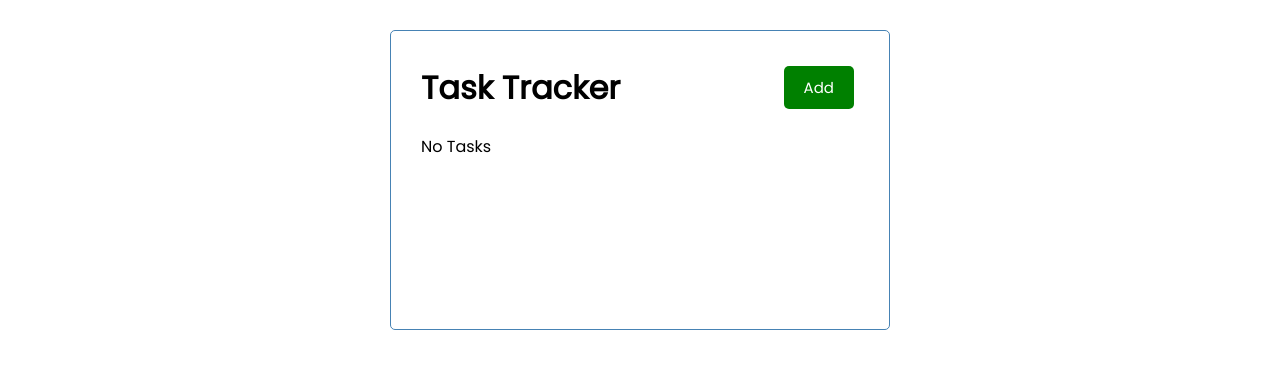
Repository: Samkiroko/task-tracker-app
Page: /
These files come from the project's save history. The page is drawn as it stood at one moment and after the next save; the edit follows.
The browser window is 1280 px wide. The pictures show the whole page.
The project was rebuilt for these pictures with package versions that can differ from the ones it lists, and the page was loaded fresh each time. Requests to the local data server were answered from the project's data file. Also part of the build but not shown: src/components/AddTask.js.

Above is the page before, as saved 2021-08-04 22:56:39.

### public/index.html
<!DOCTYPE html>
<html lang="en">

<head>
    <meta charset="utf-8" />
    <link rel="icon" href="%PUBLIC_URL%/favicon.ico" />
    <meta name="viewport" content="width=device-width, initial-scale=1" />
    <meta name="theme-color" content="#000000" />
    <meta name="description" content="Web site created using create-react-app" />
    <link rel="apple-touch-icon" href="%PUBLIC_URL%/logo192.png" />

    <link rel="manifest" href="%PUBLIC_URL%/manifest.json" />

    <title>Task tracker App</title>
</head>

<body>
    <div id="root"></div>
</body>

</html>

### src/index.css
@import url('https://fonts.googleapis.com/css2?family=Poppins:wght@300;400&display=swap');
* {
    box-sizing: border-box;
    margin: 0;
    padding: 0;
}

body {
    font-family: 'Poppins', sans-serif;
}

.container {
    max-width: 500px;
    margin: 30px auto;
    overflow: auto;
    min-height: 300px;
    border: 1px solid steelblue;
    padding: 30px;
    border-radius: 5px;
}

.header {
    display: flex;
    justify-content: space-between;
    align-items: center;
    margin-bottom: 20px;
}

.btn {
    display: inline-block;
    background: #000;
    color: #fff;
    border: none;
    padding: 10px 20px;
    margin: 5px;
    border-radius: 5px;
    cursor: pointer;
    text-decoration: none;
    font-size: 15px;
    font-family: inherit;
}

.btn:focus {
    outline: none;
}

.btn:active {
    transform: scale(0.98);
}

.btn-block {
    display: block;
    width: 100%;
}

.task {
    background: #f4f4f4;
    margin: 5px;
    padding: 10px 20px;
    cursor: pointer;
}

.task.reminder {
    border-left: 5px solid green;
}

.task h3 {
    display: flex;
    align-items: center;
    justify-content: space-between;
}

.add-form {
    margin-bottom: 40px;
}

.form-control {
    margin: 20px 0;
}

.form-control label {
    display: block;
}

.form-control input {
    width: 100%;
    height: 40px;
    margin: 5px;
    padding: 3px 7px;
    font-size: 17px;
}

.form-control-check {
    display: flex;
    align-items: center;
    justify-content: space-between;
}

.form-control-check label {
    flex: 1;
}

.form-control-check input {
    flex: 2;
    height: 20px;
}

footer {
    margin-top: 30px;
    text-align: center;
}

### src/App.js
import { useState, useEffect } from 'react';
import AddTask from './components/AddTask';
import Header from './components/Header';
import Task from './components/Tasks';

function App() {
  const [showAddTask, setShowAddTask] = useState(false);
  const [tasks, setTasks] = useState([]);

  // Add Task
  const addTask = (task) => {
    const id = Math.floor(Math.random() * 10000) + 1;
    const newTask = {
      id,
      ...task,
    };
    setTasks([...tasks, newTask]);
  };

  // Delete Task
  const deleteTask = (id) => {
    setTasks(tasks.filter((task) => task.id !== id));
  };

  //  Toggle reminder
  const toggleReminder = (id) => {
    setTasks(
      tasks.map((task) =>
        task.id === id ? { ...task, reminder: !task.reminder } : task,
      ),
    );
  };

  return (
    <div className="container">
      <Header
        title="Task Tracker"
        onAdd={() => setShowAddTask(!showAddTask)}
        showAdd={showAddTask}
      />
      {showAddTask && <AddTask onAdd={addTask} />}
      {tasks.length > 0 ? (
        <Task tasks={tasks} onDelete={deleteTask} onToggle={toggleReminder} />
      ) : (
        <div>No Tasks</div>
      )}
    </div>
  );
}

export default App;

### src/components/Header.js
import React from 'react';
import Button from './Button';

const Header = ({ title, onAdd, showAdd }) => {
  return (
    <header className="header">
      <h1>{title}</h1>
      <Button
        color={showAdd ? 'red' : 'green'}
        text={showAdd ? 'Close' : 'Add'}
        onClick={onAdd}
      />
    </header>
  );
};

export default Header;

### src/components/Button.js
import PropTypes from 'prop-types';
import React from 'react';

const Button = ({ color, text, onClick }) => {
  return (
    <button
      onClick={onClick}
      style={{ backgroundColor: color }}
      className="btn">
      {text}
    </button>
  );
};

Button.defaultProps = {
  color: 'steelblue',
};

Button.propTypes = {
  color: PropTypes.string,
  text: PropTypes.string,
  onClick: PropTypes.func,
};

export default Button;

### src/components/Tasks.js
import Task from './Task';

const Tasks = ({ tasks, onDelete, onToggle }) => {
  return (
    <>
      {tasks.map((task) => (
        <Task
          key={task.id}
          task={task}
          onDelete={onDelete}
          onToggle={onToggle}
        />
      ))}
    </>
  );
};

export default Tasks;

### src/components/Task.js
import React from 'react';
import { FaTimes } from 'react-icons/fa';

const Task = ({ task, onDelete, onToggle }) => {
  return (
    <div
      className={`task ${task.reminder ? 'reminder' : ''}`}
      onDoubleClick={() => onToggle(task.id)}>
      <h3>
        {task.text}
        <FaTimes
          style={{ color: 'red', cursor: 'pointer' }}
          onClick={() => onDelete(task.id)}
        />
      </h3>
      <p>{task.day}</p>
    </div>
  );
};

export default Task;

### db.json
{
    "tasks": [{
            "id": 1,
            "text": "Buy groceries",
            "day": "Feb 5th at 2:30pm",
            "reminder": true
        },
        {
            "id": 2,
            "text": "Learn React",
            "day": "Feb 6th at 1:30pm",
            "completed": false
        }
    ]
}

Loaded but not shown: src/index.js (common file)

After the next save:
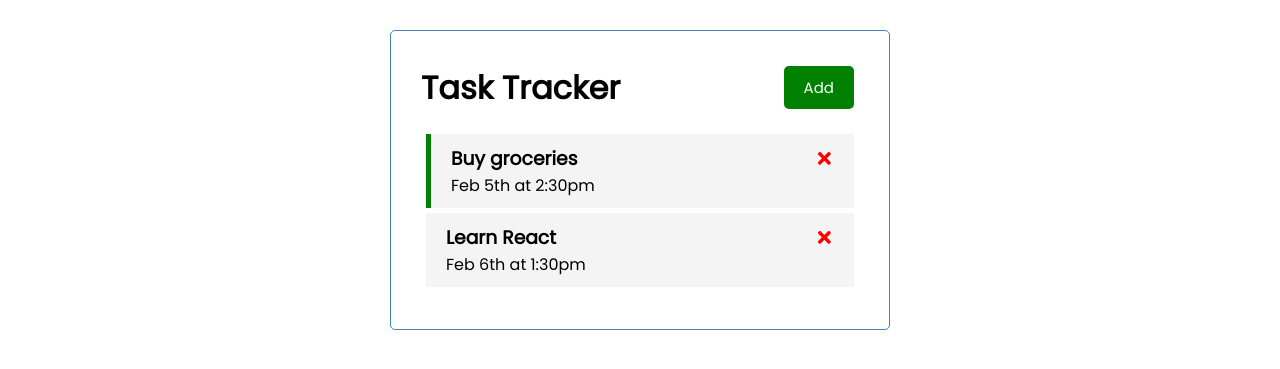
Saved 3 min 29 s later.
--- a/src/App.js
+++ b/src/App.js
@@ -7,6 +7,14 @@
   const [showAddTask, setShowAddTask] = useState(false);
   const [tasks, setTasks] = useState([]);
 
+  useEffect(() => {
+    const fetchTasks = async () => {
+      const res = await fetch('http://localhost:5000/tasks');
+      const data = await res.json();
+      setTasks(data);
+    };
+    fetchTasks();
+  }, []);
   // Add Task
   const addTask = (task) => {
     const id = Math.floor(Math.random() * 10000) + 1;

After the 2 saves that followed:
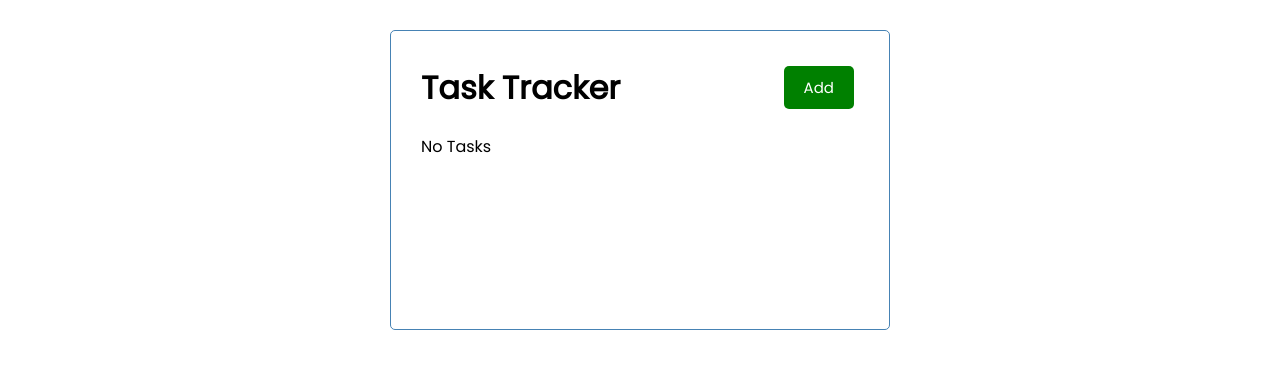
The 2 saves are shown as one change because 1 left the picture as it was.
The last was saved 5 min 31 s later.
--- a/src/App.js
+++ b/src/App.js
@@ -8,13 +8,16 @@
   const [tasks, setTasks] = useState([]);
 
   useEffect(() => {
-    const fetchTasks = async () => {
-      const res = await fetch('http://localhost:5000/tasks');
-      const data = await res.json();
-      setTasks(data);
-    };
     fetchTasks();
   }, []);
+
+  // fetch tasks
+  const fetchTasks = async () => {
+    const res = await fetch('http://localhost:5000/tasks');
+    const data = await res.json();
+    return data;
+  };
+
   // Add Task
   const addTask = (task) => {
     const id = Math.floor(Math.random() * 10000) + 1;
--- a/src/components/Tasks.js
+++ b/src/components/Tasks.js
@@ -3,13 +3,8 @@ import Task from './Task';
 const Tasks = ({ tasks, onDelete, onToggle }) => {
   return (
     <>
-      {tasks.map((task) => (
-        <Task
-          key={task.id}
-          task={task}
-          onDelete={onDelete}
-          onToggle={onToggle}
-        />
+      {tasks.map((task, index) => (
+        <Task key={index} task={task} onDelete={onDelete} onToggle={onToggle} />
       ))}
     </>
   );
